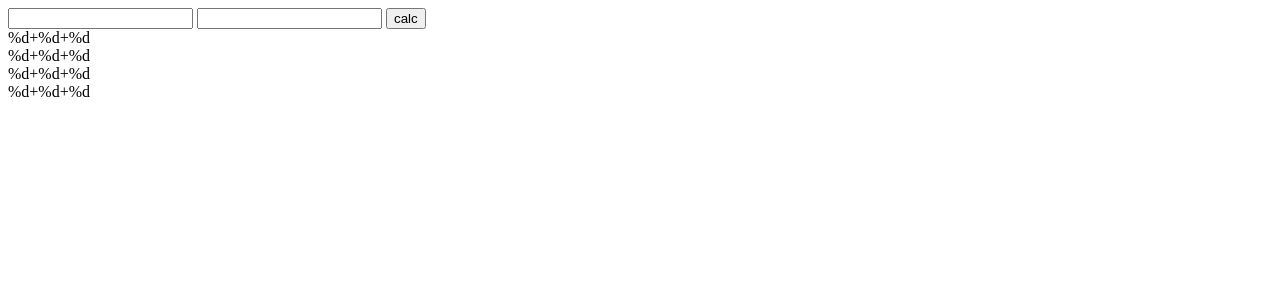
Repository: 9re9ori0426/Bootcamp
Page: webws/03_InputOutput/src/main/webapp/calc.html
The author's editor kept a copy of each file at every save. The page is drawn from the files as they stood at one save, then again after the next save.
The browser window is 1280 px wide. The pictures show the whole page.

Above is the page before, as saved 2026-10-20 06:02:22.

### webws/03_InputOutput/src/main/webapp/calc.html
<!DOCTYPE html>
<html>
<head>
<meta charset="UTF-8">
<title>Insert title here</title>
<style>
	test {
		display : flex;
		justify-content : 'spacebetween'
	}
</style>

</head>
<body>
	<form action="Calc">
		<input name="x">
		<input name="y">
		<button>calc</button>
	</form>

	<div class='test-box'>
	<div class='test'>%d+%d+%d</div>
	<div class='test'>%d+%d+%d</div>
	<div class='test'>%d+%d+%d</div>
	<div class='test'>%d+%d+%d</div>
	</div>
</body>
</html>

After the next save:
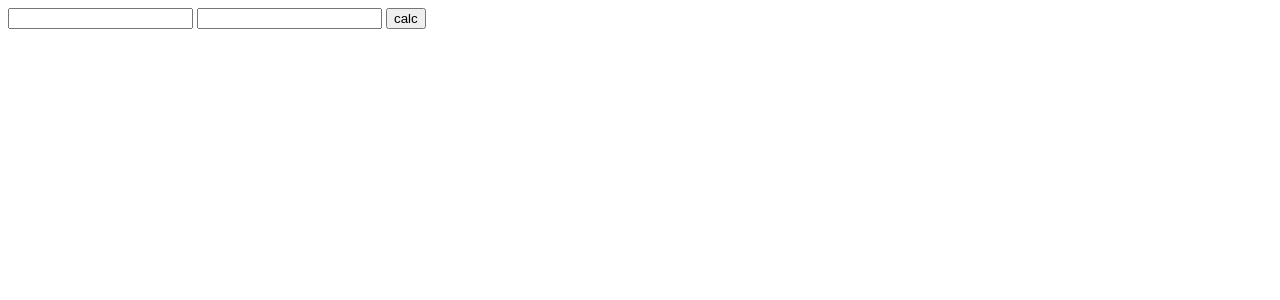
Saved 12 s later.
--- a/webws/03_InputOutput/src/main/webapp/calc.html
+++ b/webws/03_InputOutput/src/main/webapp/calc.html
@@ -4,25 +4,18 @@
 <meta charset="UTF-8">
 <title>Insert title here</title>
 <style>
-	test {
-		display : flex;
-		justify-content : 'spacebetween'
-	}
+test {
+	display: flex;
+	justify-content: 'spacebetween'
+}
 </style>
 
 </head>
 <body>
 	<form action="Calc">
-		<input name="x">
-		<input name="y">
+		<input name="x"> <input name="y">
 		<button>calc</button>
 	</form>
 
-	<div class='test-box'>
-	<div class='test'>%d+%d+%d</div>
-	<div class='test'>%d+%d+%d</div>
-	<div class='test'>%d+%d+%d</div>
-	<div class='test'>%d+%d+%d</div>
-	</div>
 </body>
 </html>
